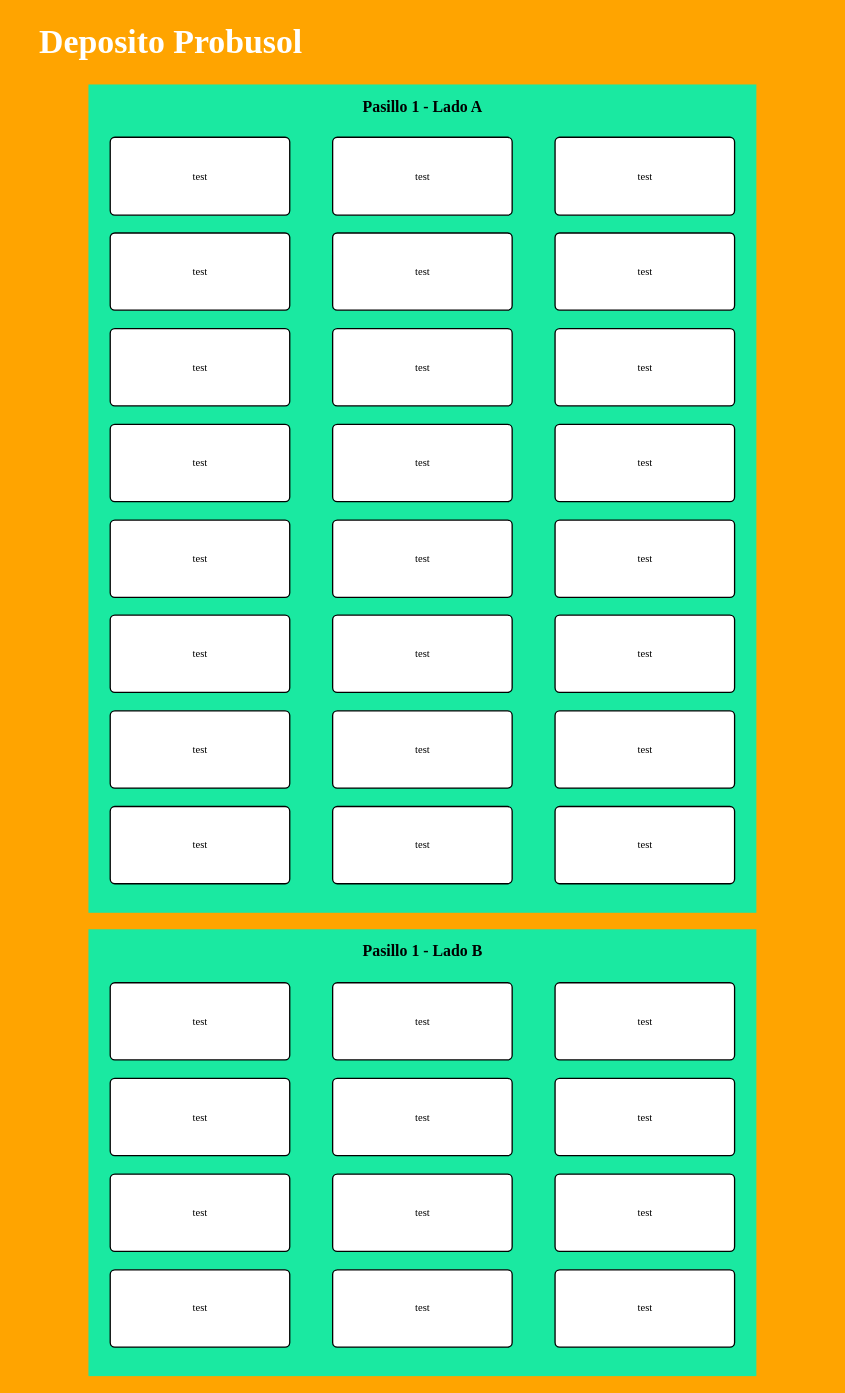
Repository: Franzcod/DepoStock_Web
Page: index.html
These files come from the project's save history. The page is drawn as it stood at one moment and after the next save; the edit follows.
The browser window is 1280 px wide. The pictures show the whole page, at 66% of full size.

Above is the page before, as saved 2020-06-07 14:30:34.
Console error: ReferenceError: ur is not defined

After the next save:
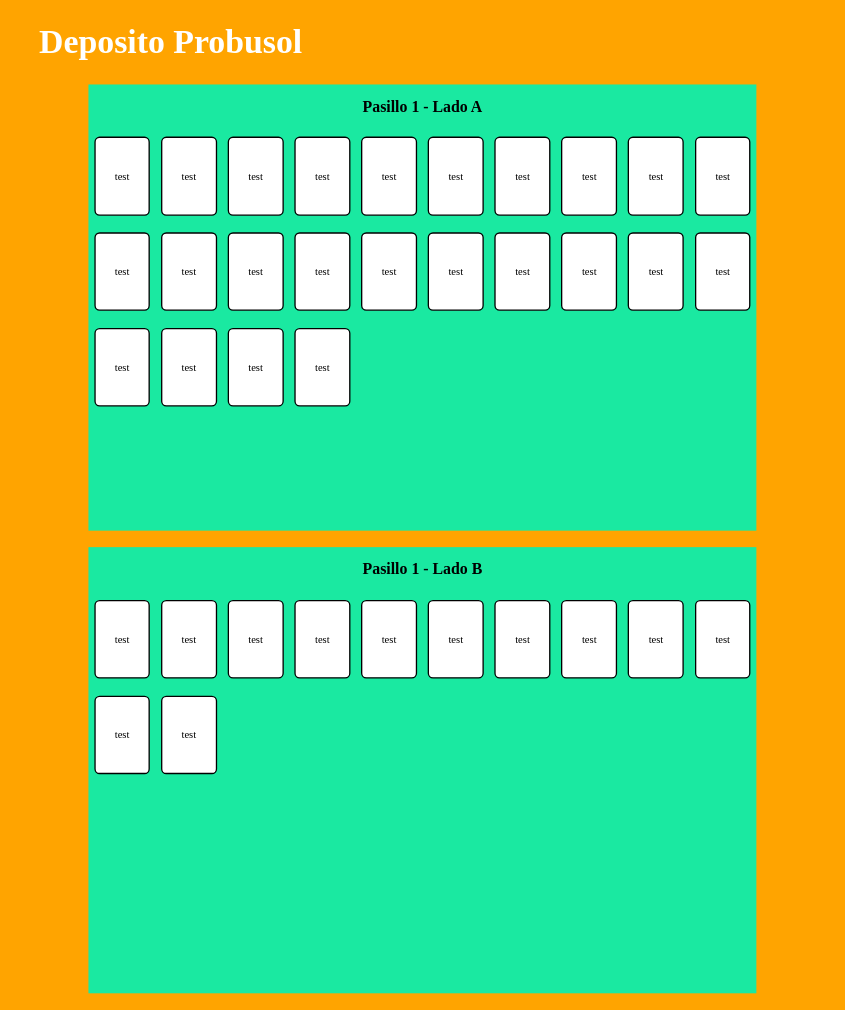
Saved 20 s later.
--- a/estilo/estilo.css
+++ b/estilo/estilo.css
@@ -25,7 +25,7 @@ align-content: start;
 
 .hs {
     display: grid;
-    grid-template-columns: repeat(3, 1fr);
+    grid-template-columns: repeat(10, 1fr);
     grid-template-rows: repeat(4, 1fr);
 
     overflow: auto;
